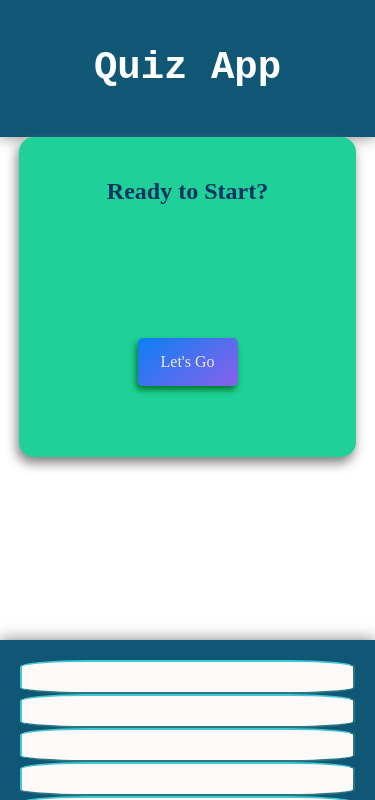
Repository: tpic12/quiz_app
Page: index.html
An editor plug-in stored every save of this project. The page is shown before and after the next save, followed by the edit.
The browser window is 375 px wide. The pictures show the whole page.

Above is the page before, as saved 2019-12-28 15:15:26.

### index.html
<!DOCTYPE html>
<html lang="en">

<head>
  <meta charset="UTF-8">
  <meta name="viewport" content="width=device-width, initial-scale=1.0">
  <meta http-equiv="X-UA-Compatible" content="ie=edge">
  <title>Quiz App</title>
  <link href="https://cdnjs.cloudflare.com/ajax/libs/normalize/8.0.1/normalize.min.css" rel="stylesheet"
    type="text/css" />
  <link href="app.css" rel="stylesheet" type="text/css" />
</head>

<body>
  <header>
    <section class='banner'>
      <h1>Quiz App</h1>
    </section>
  </header>
  <main class='display'>

  </main>
  <footer>
    <section class='counts'>
        <div class='count 0'></div>
        <div class='count 1'></div>
        <div class='count 2'></div>
        <div class='count 3'></div>
        <div class='count 4'></div>
        <div class='count 5'></div>
        <div class='count 6'></div>
        <div class='count 7'></div>
    </section>
  </footer>
  <script src="https://code.jquery.com/jquery-3.4.1.slim.js" crossorigin="anonymous"></script>
  <script src="app.js"></script>
</body>

</html>

### app.css
/* Your styles should be mobile-first and responsive */

/**
  * If you are unclear on how to utilize a mobile-first, responsive technique to write your CSS, here is an example:
  *
  * https://github.com/andreacardybailey/responsive_example/blob/master/styles/responsive-base.css
  *
*/
* {
  box-sizing: border-box;
  margin: 0 auto;
}

.banner h1 {
  font-family: monospace;
  font-size: 3em;
}

.banner,
footer {
  color: white;
  font-family: monospace;
  padding: 20px;
  width: 100%;
  text-align: center;
  background-color: hsl(198, 76%, 26%);
  box-shadow: 0px 0px 15px grey;
  border-bottom: none;
  left: 0;
}

.main_card {
  display: flex;
  min-width: 40vw;
  min-height: 40vh;
  text-align: center;
  justify-content: center;
  align-content: space-around;
  background-color: hsl(161, 74%, 47%);
  border-radius: 15px;
  padding: 20px;
  border: none;
  box-shadow: -2px 6px 12px grey;
}

button {
  margin: 30%;
  margin-bottom: 10%;
  color: hsl(0, 7%, 92%);
  background: linear-gradient(140deg, hsl(210, 91%, 50%), hsl(258, 78%, 65%));
  border: none;
  max-width: 130px;
  min-width: 100px;
  border-radius: 5px;
  padding: 15px;
  box-shadow: -2px 4px 6px hsl(142, 98%, 24%);
}

.main_card > form#qForm {
  display: flex;
  flex-flow: row nowrap;
  justify-content: center;
  text-align: center;
}
/*
.mid-card {
  display: flex;
  flex-flow: column wrap;
  margin: auto;
  margin-top: 100px;
  max-width: 400px;
  min-width: 200px;
  text-align: center;
  align-items: center;
  background-color: hsl(161, 74%, 47%);
  border-radius: 15px;
  padding: 20px;
  border: none;
  box-shadow: -2px 6px 12px grey;
}
*/
.main_card > h2 {
  justify-self: center;
  font-weight: bolder;
  color: hsl(210, 90%, 20%);
}

input {
  margin: 5px 20px;
}

footer {
  position: fixed;
  bottom: 0;
  left: 0;
  max-height: 20vh;
}

.counts {
  display: flex;
  justify-content: space-evenly;
}

.count {
  border: 2px outset hsl(186, 63%, 55%);
  font-family: 'Gill Sans', 'Gill Sans MT', Calibri, 'Trebuchet MS', sans-serif;
  border-radius: 20%;
  flex-direction: row;
  width: 12vw;
  height: 12vh;
  background-color: hsl(0, 100%, 99%);
  padding: 15px;
  -webkit-border-radius: 20%;
  -moz-border-radius: 20%;
  -ms-border-radius: 20%;
  -o-border-radius: 20%;
}

h1 {
  font-family: sans-serif;
}

.green {
  background-color: green !important;
}

.red {
  background-color: red !important;
}

#snackbar > p {
  visibility: hidden;
  min-width: 15vw;

  color: #fff;
  text-align: center;
  align-content: flex-start;
  padding: 5px;
  position: absolute;
  z-index: 1;
  left: ;
  top: -30px;
}

#snackbar.show {
  visibility: visible;
  /-webkit-animation: fadein 0.5s, fadeout 0.5s 2.5s;
  animation: fadein 0.5s, fadeout 0.5s 2.5s;
}

@media screen and (max-width: 450px) {
  .main_card {
    flex-flow: row wrap;
    max-width: 90vw;
  }

  section.main_card > form > input,
  section.main_card > form > label {
    display: block;
  }
  footer {
    height: 40vh;
    overflow: scroll;
  }
  .counts {
    flex-direction: column;
  }

  .count {
    width: 100%;
    height: 25px;
  }
}

### app.js
/**
 * Example store structure
 */
'use strict';

const STORE = {
  // 5 or more questions are required
  questions: [
    {
      question: 'How many items in a bakers dozen??',
      answers: ['11', '12', '13', '3'],
      correctAnswer: '13'
    },
    {
      question: 'What month is Oktoberfest held?',
      answers: ['September', 'October', 'Every Month', 'August'],
      correctAnswer: 'September'
    },
    {
      question: 'What color is an Orange Blossom?',
      answers: ['Red', 'Orange', 'Pink', 'White'],
      correctAnswer: 'White'
    },
    {
      question: 'Where did the Panama Hat originate?',
      answers: ['Ecuador', 'Panama', 'China', 'Cuba'],
      correctAnswer: 'Ecuador'
    },
    {
      question: 'What are toy marbles made from?',
      answers: ['Plastic', 'Quartz', 'Diamond', 'Glass'],
      correctAnswer: 'Glass'
    },
    {
      question: 'How many gallons are in a ten-gallon hat?',
      answers: [
        'Half a Gallon',
        'Ten-Gallons',
        'Three-Fourths of a Gallon',
        'Give-Gallon'
      ],
      correctAnswer: 'Three-Fourths of a Gallon'
    },
    {
      question: 'What is the biggest animal to ever live?',
      answers: ['Mammoth', 'T-Rex', 'Blue Whale', 'Brontosaurus'],
      correctAnswer: 'Blue Whale'
    },
    {
      question: 'Where is the red-bellied woodpecker predominately red?',
      answers: ['Head', 'Wings', 'Feet', 'Belly'],
      correctAnswer: 'Head'
    }
  ],
  questionNumber: 0,
  score: 0,
  quizStart: false
};

/**
 *
 * Your app should include a render() function, that regenerates
 * the view each time the store is updated. See your course
 * material, consult your instructor, and reference the slides
 * for more details.
 *
 * NO additional HTML elements should be added to the index.html file.
 *
 * You may add attributes (classes, ids, etc) to the existing HTML elements, or link stylesheets or additional scripts if necessary
 *
 */

/**
 * This function renders the quiz after you start, ...
 * answer a question, or restart the quiz
 */
function renderStartQuiz() {
  const mainCard = `<section class="main_card">
      <h2>Ready to Start?</h2>
      <button type='submit' id='start_quiz'>Let's Go</button>
    </section>`;

  $('.display').html(mainCard);

  $('.display').on('click', '#start_quiz', function(event) {
    event.preventDefault();
    STORE.quizStart = true;
    $('.main_card')
      .children()
      .remove();
    handleQuiz();
  });
}
/**
 * renders question one at a time depending on question number
 */
function renderQuestion() {
  if (
    STORE.questionNumber === STORE.questions.length &&
    STORE.questionNumber > 1
  ) {
    renderResults();
  } else {
    const qCard = `<h2>${STORE.questions[STORE.questionNumber].question}</h2>
    <form id="qForm">
        <input type='radio' name='answer' id='q1' value="${
          STORE.questions[STORE.questionNumber].answers[0]
        }"/><label for='q1' id='0'>${
      STORE.questions[STORE.questionNumber].answers[0]
    }</label>
        <input type='radio' name='answer' id='q2' value="${
          STORE.questions[STORE.questionNumber].answers[1]
        }"/><label for='q2' id='1'>${
      STORE.questions[STORE.questionNumber].answers[1]
    }</label><br>
        <input type='radio' name='answer' id='q3' value="${
          STORE.questions[STORE.questionNumber].answers[2]
        }"/><label for='q3' id='2'>${
      STORE.questions[STORE.questionNumber].answers[2]
    }</label>
        <input type='radio' name='answer' id='q4' value="${
          STORE.questions[STORE.questionNumber].answers[3]
        }"/><label for='q4' id='3'>${
      STORE.questions[STORE.questionNumber].answers[3]
    }</label><br>
    </form>
    <button type='submit' id='submit_answer'>Final Answer</button>`;

    $('.main_card').html(qCard);
    $('input:checked').on('su');
    $('.main_card').on('click', '#submit_answer', function(event) {
      event.preventDefault();
      checkAnswer();
      //original next question spot

      $('.main_card')
        .children()
        .remove();

      handleQuiz();
    });
  }
}
/**
 * renders results page

 */

function generateResults(finalScore, numberOfQuestions) {
  return `<h2>You scored ${finalScore} out of ${numberOfQuestions}!</h2><button id='restart'>Restart Quiz</button>`;
}

/* Render results element with button that restarts the quiz*/
function renderResults() {
  let score = STORE.score;
  let num = STORE.questionNumber;

  $('.main_card').html(generateResults(score, num));
  $('#restart').click(function(event) {
    event.preventDefault();
    console.log('Restarting Quiz');

    STORE.questionNumber = 0;
    STORE.score = 0;
    $('.count')
      .removeClass('snackbar')
      .removeClass('red')
      .removeClass('green')
      .removeClass('show')
      .text('');
    renderStartQuiz();
  });
}

/**
 * this function checks the correctnes of the answer
 */
function checkAnswer() {
  let form = document.getElementById('qForm');
  let ans = form['answer'];
  for (let i = 0; i < ans.length; i++) {
    //is a button checked
    if (ans[i].checked) {
      //compare value of ans[i] to correct answer
      if (
        ans[i].value === STORE.questions[STORE.questionNumber].correctAnswer
      ) {
        scoreKeeper(true);
      } else {
        scoreKeeper(false);
      }
    }
  }
}

function generateAnswerSnackbar(questionAnswer) {
  return `<div class=.${STORE.questionNumber}>
              <p>Sorry, the correct answer is ${questionAnswer}</p>
          </div>`;
}

function scoreKeeper(bool) {
  if (bool === true) {
    console.log('plus 1 point');
    STORE.score++;
    $(`.${STORE.questionNumber}`)
      .addClass('green')
      .addClass('snackbar')
      .html(`<p>Correct!</p>`);
    $('section.main_card');
    console.log('next q!');
    STORE.questionNumber++;
  }
  if (bool === false) {
    console.log('no points for you');
    $(`.${STORE.questionNumber}`)
      .addClass('red')
      .addClass('snackbar')
      .html(
        generateAnswerSnackbar(
          STORE.questions[STORE.questionNumber].correctAnswer
        )
      );
    console.log('next q!');
    STORE.questionNumber++;
  }
}

function handleQuiz() {
  if (STORE.quizStart === false) {
    renderStartQuiz();
  } else {
    renderQuestion();
  }
}

$(handleQuiz);

After the next save:
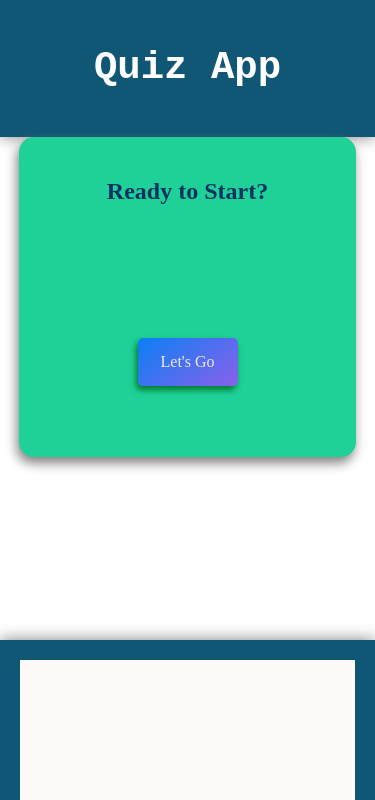
Saved 29 s later.
--- a/app.css
+++ b/app.css
@@ -169,5 +169,11 @@ h1 {
   .count {
     width: 100%;
     height: 25px;
+    border: none;
+    border-radius: 0;
+    -webkit-border-radius: 0;
+    -moz-border-radius: 0;
+    -ms-border-radius: 0;
+    -o-border-radius: 0;
   }
 }
